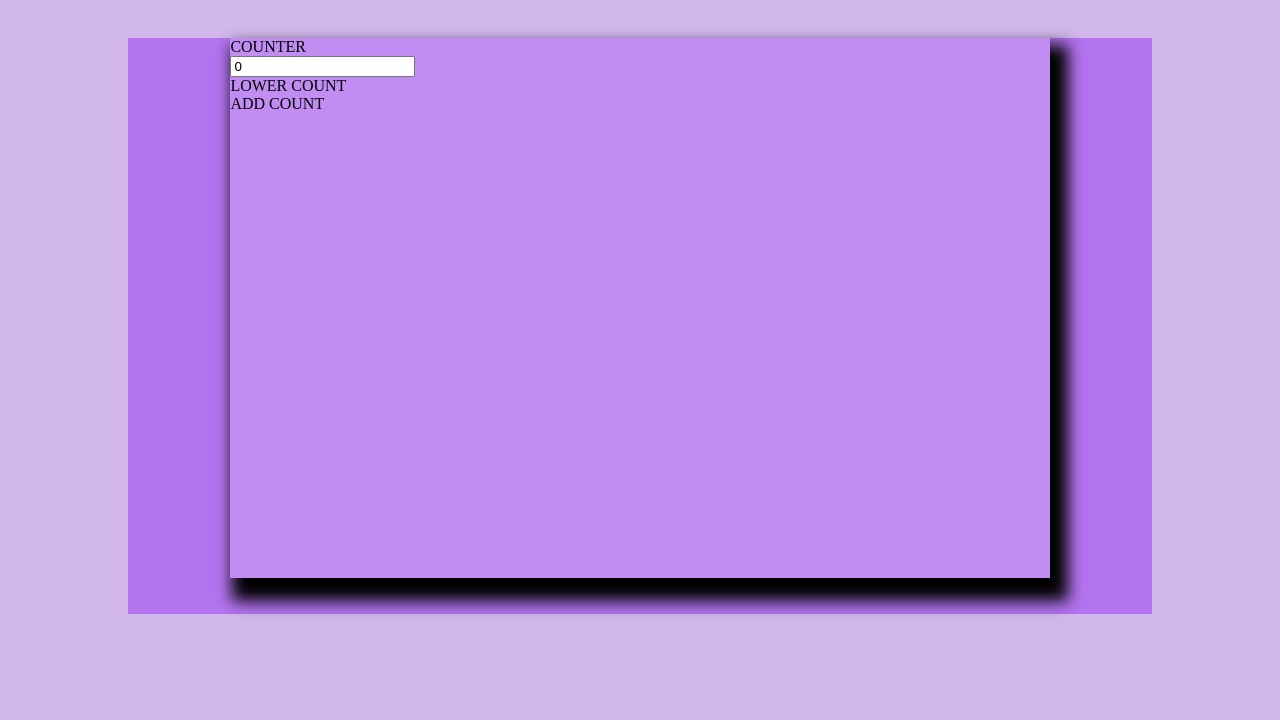
Repository: AnahitKhechumyan/Counter
Page: index.html
These files come from the project's save history. The page is drawn as it stood at one moment and after the next save; the edit follows.
The browser window is 1280 px wide. The pictures show the whole page.

Above is the page before, as saved 2022-02-14 17:04:38.

### index.html
<!DOCTYPE html>
<html lang="en">
<head>
    <meta charset="UTF-8">
    <meta http-equiv="X-UA-Compatible" content="IE=edge">
    <meta name="viewport" content="width=device-width, initial-scale=1.0">
    <link rel="stylesheet" href="style.css">
    <script src= "./script.js"></script>
    <title>Document</title>
</head>
<body>
    <div class="container">
        <div class="main">
            <div class="header">COUNTER</div>
            <div class="count"><input type= "text" value = "0"/></div>
            <div class= "lower">LOWER COUNT</div>
            <div class="add">ADD COUNT</div>
        </div>
    </div>
    <script src= "./script.js"></script>
</body>
</html>

### style.css
body{
    margin: 0;
    background-color: rgb(210, 183, 235);
}
.container{
    background-color: rgb(180, 116, 240);
    width: 80%;
    height: 80vh;
    margin: 3% 10% ;

}
.main{
    background-color: rgb(194, 141, 243);
    width: 80%;
    height: 75vh;
    margin: 3% 10%;
    box-shadow: 10px 15px 15px 8px;
}

Loaded but not shown: script.js (no copy from this time; the picture is the same without it)

After the next save:
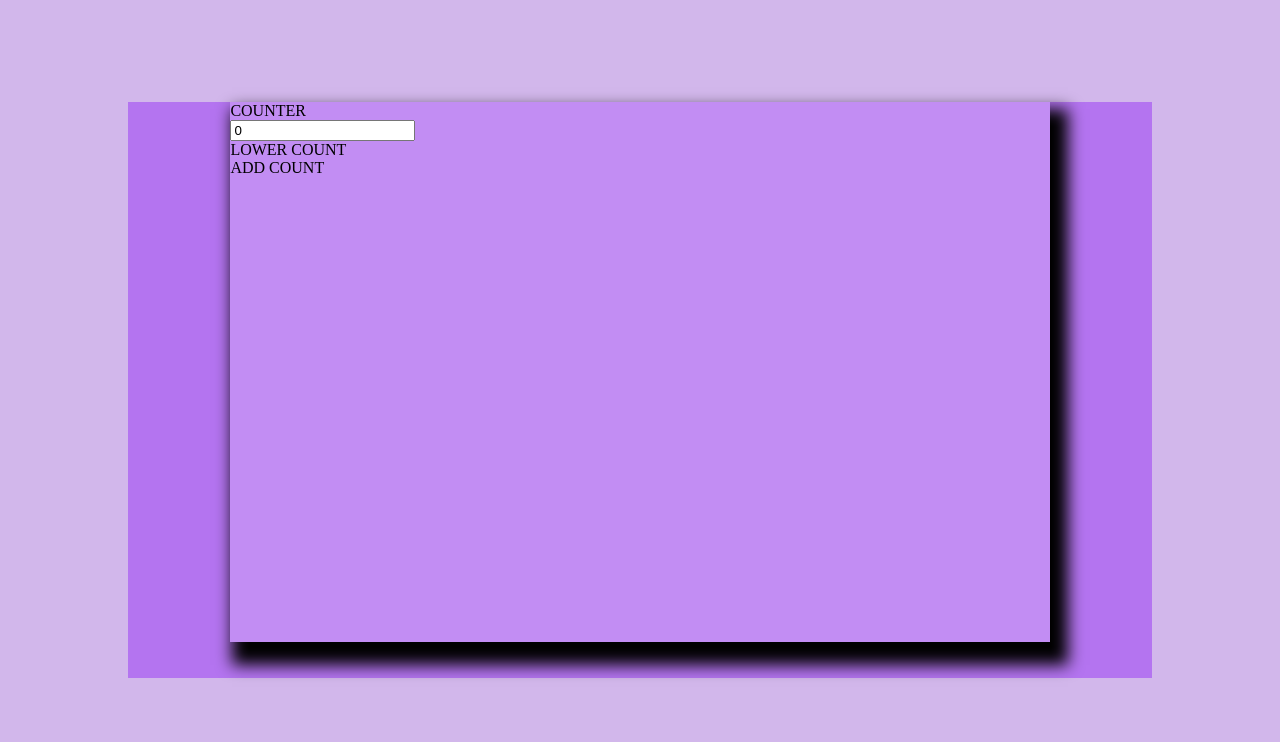
Saved 37 s later.
--- a/style.css
+++ b/style.css
@@ -6,13 +6,13 @@ body{
     background-color: rgb(180, 116, 240);
     width: 80%;
     height: 80vh;
-    margin: 3% 10% ;
+    margin: 5% 10% ;
 
 }
 .main{
     background-color: rgb(194, 141, 243);
     width: 80%;
     height: 75vh;
-    margin: 3% 10%;
+    margin: 10% 10%;
     box-shadow: 10px 15px 15px 8px;
 }

After the save that followed:
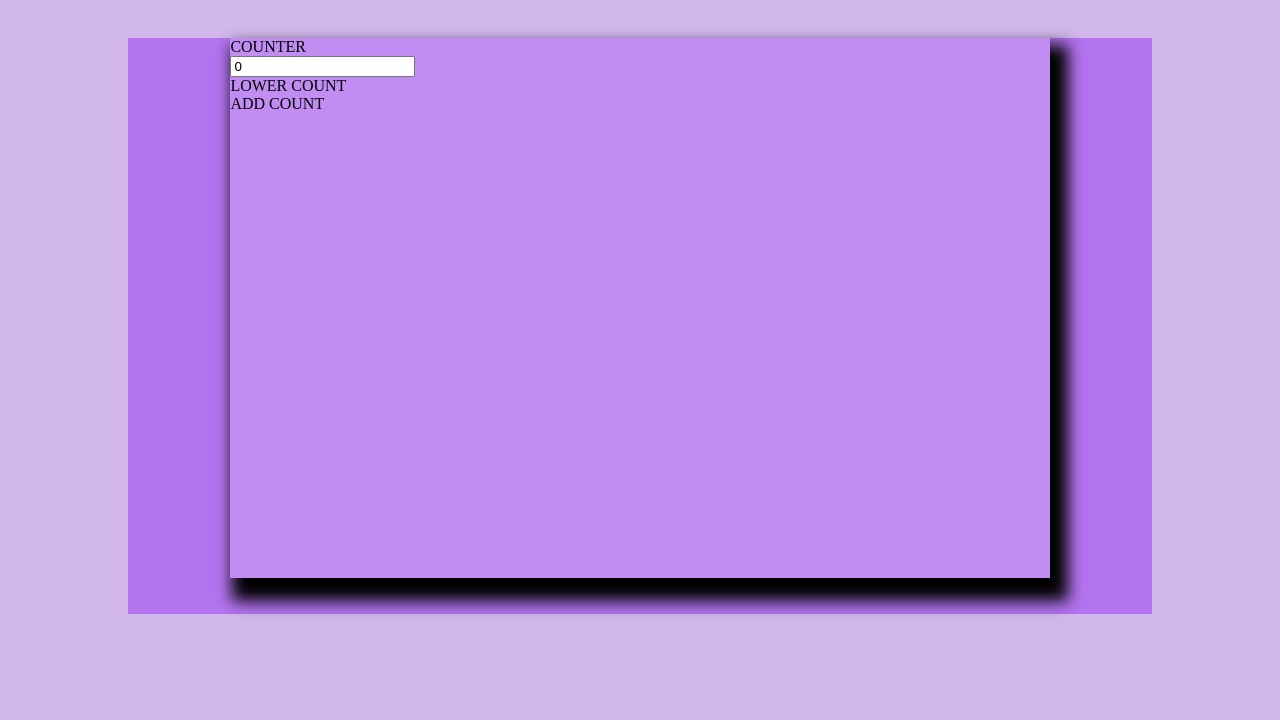
Saved 33 s later.
--- a/style.css
+++ b/style.css
@@ -6,13 +6,13 @@ body{
     background-color: rgb(180, 116, 240);
     width: 80%;
     height: 80vh;
-    margin: 5% 10% ;
+    margin: 3% 10% ;
 
 }
 .main{
     background-color: rgb(194, 141, 243);
     width: 80%;
     height: 75vh;
-    margin: 10% 10%;
+    margin: 3% 10%;
     box-shadow: 10px 15px 15px 8px;
 }
